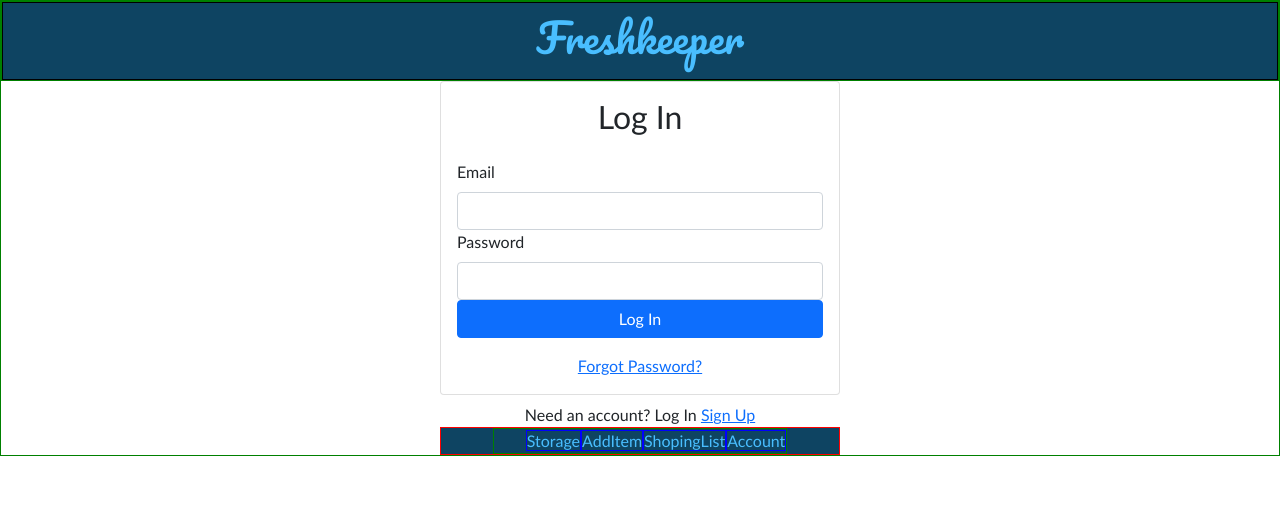
Repository: patrik-fredlund/freshkeeper-repo
Page: /
These files come from the project's save history. The page is drawn as it stood at one moment and after the next save; the edit follows.
The browser window is 1280 px wide. The pictures show the whole page.
The project was rebuilt for these pictures with package versions that can differ from the ones it lists, and the page was loaded fresh each time. Also part of the build but not shown: src/components/Signup.js, src/components/Account.js, src/components/ForgotPassword.js, src/components/UpdateProfile.js, src/components/Storage.js, src/components/Shopinglist.js, src/components/AddItem.js.

Above is the page before, as saved 2021-10-15 22:47:23.

### public/index.html
<!DOCTYPE html>
<html lang="en">

<head>
  <meta charset="utf-8" />
  <link rel="icon" href="%PUBLIC_URL%/favicon.ico" />
  <meta name="viewport" content="width=device-width, initial-scale=1" />
  <meta name="theme-color" content="#000000" />
  <meta name="description" content="Web site created using create-react-app" />
  <link rel="apple-touch-icon" href="%PUBLIC_URL%/logo192.png" />

  <link rel="manifest" href="%PUBLIC_URL%/manifest.json" />

  <title>Freshkeeper</title>
</head>

<body>
  <noscript>You need to enable JavaScript to run this app.</noscript>
  <div id="root"></div>

</body>

</html>

### src/index.js
import React from 'react';
import ReactDOM from 'react-dom';
import App from './components/App';
import 'bootstrap/dist/css/bootstrap.min.css';

ReactDOM.render(
  <React.StrictMode>
    <App />
  </React.StrictMode>,
  document.getElementById('root')
);

### src/components/App.js
import { Container } from 'react-bootstrap';
import '../App.css';
import Signup from './Signup';
import { AuthProvider } from '../context/AuthContext';
import { BrowserRouter as Router, Switch, Route } from 'react-router-dom';
import Account from './Account';
import Login from './Login';
import PrivateRoute from './PrivateRoute';
import ForgotPassword from './ForgotPassword';
import UpdateProfile from './UpdateProfile';
import Storage from './Storage';
import { AppWrap } from './appStyles';
import Header from './header/header';
import ShopingList from './Shopinglist';
import AddItem from './AddItem';
import Navbar from './navbar/Navbar';

function App() {
  return (
    <AppWrap>
      <Header />
      <Container
        className='d-flex align-items-center justify-content-center'
        // style={{ minHeight: '10vh' }}
      >
        <div className='w-100' style={{ maxWidth: '400px' }}>
          <Router>
            <AuthProvider>
              <Switch>
                <PrivateRoute exact path='/' component={Storage} />
                <PrivateRoute path='/additem' component={AddItem} />
                <PrivateRoute path='/shopinglist' component={ShopingList} />
                <PrivateRoute path='/account' component={Account} />
                <PrivateRoute
                  path='/update-profile'
                  component={UpdateProfile}
                />
                <Route path='/signup' component={Signup} />
                <Route path='/login' component={Login} />
                <Route path='/forgot-password' component={ForgotPassword} />
              </Switch>
              <Navbar />
            </AuthProvider>
          </Router>
        </div>
      </Container>
    </AppWrap>
  );
}

export default App;

### src/App.css
@import url('https://fonts.googleapis.com/css2?family=Pacifico&display=swap');

* {
  box-sizing: border-box;
  margin: 0;
  padding: 0;
  font-family: 'Gill Sans', 'Gill Sans MT', Calibri, 'Trebuchet MS', sans-serif;
}

.container {
  display: flex;
  flex-direction: column;
  justify-content: center;
  align-items: center;
}

.top_nav {
  display: flex;
  flex-direction: row;
  justify-content: center;
  align-items: center;
  padding: 14px 16px 14px 18px;

  position: absolute;
  width: 414px;
  height: 65px;
  left: 0px;
  top: 0px;

  background: #0e4462;
  border-radius: 4px;
}

.freshkeeper_header {
  position: static;

  font-family: 'Pacifico', cursive;

  font-weight: normal;
  font-size: 20px;

  display: flex;
  align-items: center;
  text-align: center;

  color: #49beff;

  /* Inside Auto Layout */

  flex: none;
  order: 0;
  flex-grow: 0;
  margin: 0px 10px;
}

### src/context/AuthContext.js
import React, { useContext, useState, useEffect } from 'react';
import { auth } from '../firebase';

const AuthContext = React.createContext();

export function useAuth() {
  return useContext(AuthContext);
}

export function AuthProvider({ children }) {
  const [currentUser, setCurrentUser] = useState();
  const [loading, setLoading] = useState(true);

  function signup(email, password) {
    return auth.createUserWithEmailAndPassword(email, password);
  }

  function login(email, password) {
    return auth.signInWithEmailAndPassword(email, password);
  }

  function logout() {
    return auth.signOut();
  }

  function resetPassword(email) {
    return auth.sendPasswordResetEmail(email);
  }

  function updateEmail(email) {
    return currentUser.updateEmail(email);
  }

  function updatePassword(password) {
    return currentUser.updatePassword(password);
  }

  useEffect(() => {
    const unsubscribe = auth.onAuthStateChanged((user) => {
      setCurrentUser(user);
      setLoading(false);
    });
    return unsubscribe;
  }, []);

  const value = {
    currentUser,
    login,
    signup,
    logout,
    resetPassword,
    updateEmail,
    updatePassword,
  };

  return (
    <AuthContext.Provider value={value}>
      {!loading && children}
    </AuthContext.Provider>
  );
}

### src/components/Login.js
import React, { useRef, useState } from 'react';
import { Form, Button, Card, Alert } from 'react-bootstrap';
import { useAuth } from '../context/AuthContext';
import { Link, useHistory } from 'react-router-dom';

export default function Login() {
  const emailRef = useRef();
  const passwordRef = useRef();
  const { login } = useAuth();
  const [error, setError] = useState('');
  const [loading, setLoading] = useState(false);
  const history = useHistory();

  async function handleSubmit(e) {
    e.preventDefault();

    try {
      setError('');
      setLoading(true);
      await login(emailRef.current.value, passwordRef.current.value);
      history.push('/');
    } catch {
      setError('Failed to Log In');
    }

    setLoading(false);
  }

  return (
    <>
      <Card>
        <Card.Body>
          <h2 className='text-center mb-4'>Log In</h2>

          {error && <Alert variant='danger'>{error}</Alert>}
          <Form onSubmit={handleSubmit}>
            <Form.Group id='email'>
              <Form.Label>Email</Form.Label>
              <Form.Control type='email' ref={emailRef} required />
            </Form.Group>
            <Form.Group id='password'>
              <Form.Label>Password</Form.Label>
              <Form.Control type='password' ref={passwordRef} required />
            </Form.Group>

            <Button disabled={loading} className='w-100' type='submit'>
              Log In
            </Button>
          </Form>
          <div className='w-100 text-center mt-3'>
            <Link to='/forgot-password'>Forgot Password?</Link>
          </div>
        </Card.Body>
      </Card>
      <div className='w-100 text-center mt-2'>
        Need an account? Log In <Link to='/signup'>Sign Up </Link>
      </div>
    </>
  );
}

### src/components/PrivateRoute.js
import React from 'react';
import { Route, Redirect } from 'react-router-dom';
import { useAuth } from '../context/AuthContext';

export default function PrivateRoute({ component: Component, ...rest }) {
  const { currentUser } = useAuth();

  return (
    <Route
      {...rest}
      render={(props) => {
        return currentUser ? (
          <Component {...props} />
        ) : (
          <Redirect to='/login' />
        );
      }}
    ></Route>
  );
}

### src/components/appStyles.js
import styled from 'styled-components';

export const AppWrap = styled.div`
  /* display: flex;
  flex-flow: column; */
  width: 100%;
  border: 1px solid green;
`;

### src/components/header/header.js
import React from 'react';
import GlobalStyle from '../globalStyles';
import { HeaderWrap } from './headerStyles';

function Header() {
  return (
    <HeaderWrap>
      <GlobalStyle />
      {/* <div className='top_nav'>
        <h2 className='freshkeeper_header'>Freshkeeper</h2>
      </div> */}
      <div className='headerContainer'>
        <h1>Freshkeeper</h1>
      </div>
    </HeaderWrap>
  );
}

export default Header;

### src/components/navbar/Navbar.js
import React from 'react';
import { AppWrap } from '../appStyles';
import { HeaderWrap } from '../header/headerStyles';
import { MenuList } from './MenuList';
import { NavbarStyles } from './navbarStyles';

const Navbar = () => {
  const menuList = MenuList.map(({ url, title, index }) => {
    return (
      <li key={index}>
        <a href={url}>{title}</a>
      </li>
    );
  });

  return (
    <NavbarStyles>
      <ul className='menu-list'>{menuList} </ul>
    </NavbarStyles>
  );
};

export default Navbar;

### src/firebase.js
import firebase from 'firebase/compat/app';
import 'firebase/compat/auth';

const app = firebase.initializeApp({
  apiKey: process.env.REACT_APP_FIREBASE_API_KEY,
  authDomain: process.env.REACT_APP_FIREBASE_AUTH_DOMAIN,
  projectId: process.env.REACT_APP_FIREBASE_PROJECT_ID,
  storageBucket: process.env.REACT_APP_FIREBASE_STORAGE_BUCKET,
  messagingSenderId: process.env.REACT_APP_FIREBASE_MESSAGE_SENDER_ID,
  appId: process.env.REACT_APP_FIREBASE_APP_ID,
});

export const auth = app.auth();
export default app;

### src/components/globalStyles.js
import { createGlobalStyle } from 'styled-components';

const GlobalStyle = createGlobalStyle`
@import url('https://fonts.googleapis.com/css2?family=Pacifico&display=swap');

  h1 {
     font-family: 'pacifico';
  }
`;

export default GlobalStyle;

### src/components/header/headerStyles.js
import styled from 'styled-components';

export const HeaderWrap = styled.div`
  width: 100%;
  border: 1px solid green;

  .headerContainer {
    border: 1px solid black;
    background-color: #0e4462;
    color: #49beff;
    padding: 10px 0;
    display: flex;
    align-items: center;
    justify-content: center;
  }
`;

### src/components/navbar/MenuList.js
export const MenuList = [
  {
    title: 'Storage',
    url: '/',
  },
  {
    title: 'AddItem',
    url: '/additem',
  },
  {
    title: 'ShopingList',
    url: '/shopinglist',
  },
  {
    title: 'Account',
    url: '/account',
  },
];

### src/components/navbar/navbarStyles.js
import styled from 'styled-components';

export const NavbarStyles = styled.div`
  border: 1px solid red;
  display: flex;
  max-width: 400px;
  align-items: center;
  background-color: #0e4462;
  justify-content: space-between;

  .menu-list {
    margin: auto;
    list-style-type: none;
    display: flex;
    border: 1px solid green;
  }

  a {
    color: #49beff;
    align-items: center;
    text-decoration: none;
    border: 1px solid blue;
  }
`;

After the next save:
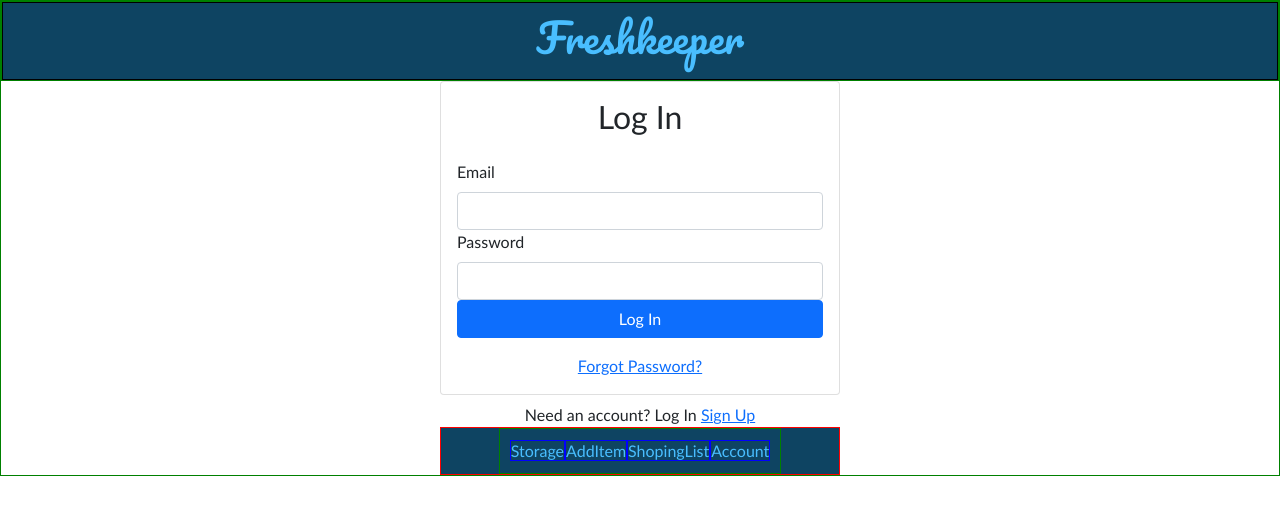
Saved 26 s later.
--- a/src/components/navbar/navbarStyles.js
+++ b/src/components/navbar/navbarStyles.js
@@ -6,13 +6,13 @@ export const NavbarStyles = styled.div`
   max-width: 400px;
   align-items: center;
   background-color: #0e4462;
-  justify-content: space-between;
 
   .menu-list {
     margin: auto;
     list-style-type: none;
     display: flex;
     border: 1px solid green;
+    padding: 10px 10px;
   }
 
   a {
